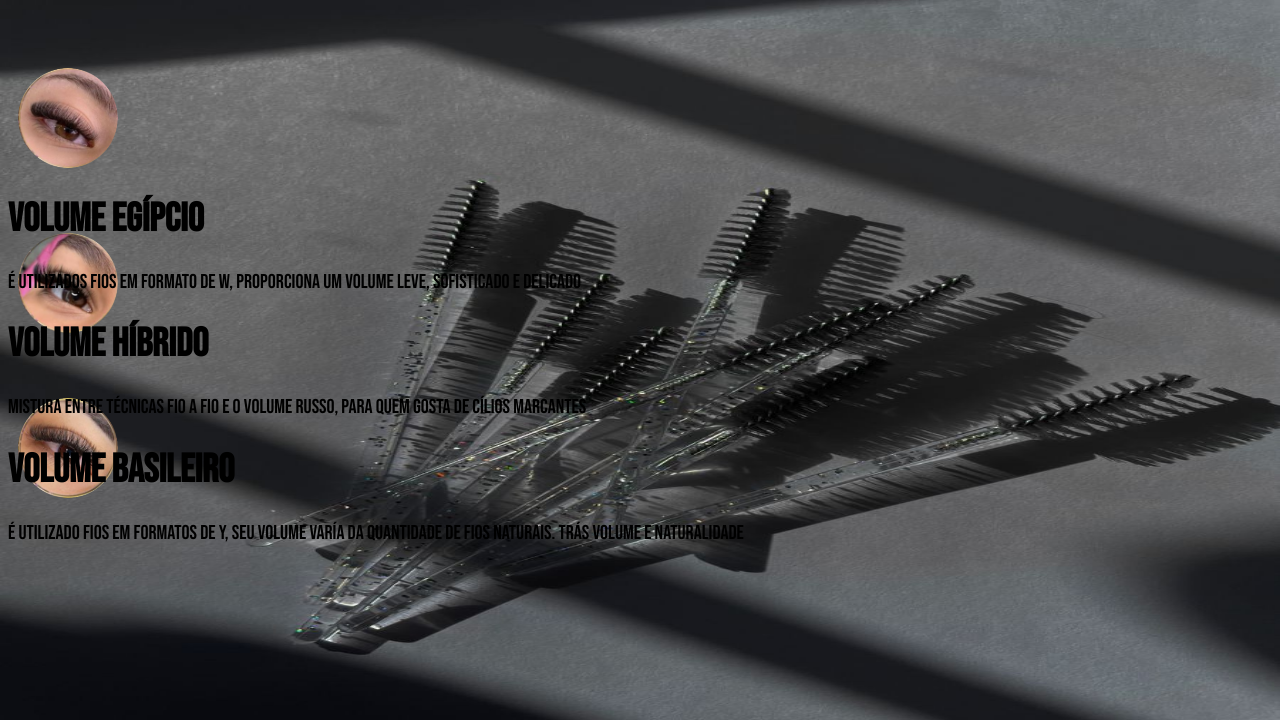
Repository: ketlyn-lash-designer/Ketlyn_Lash_Designer
Page: src/Pages/Modelos.html
An editor plug-in stored every save of this project. The page is shown before and after a run of saves, followed by the edit.
The browser window is 1280 px wide. The pictures show the whole page.

Above is the page before, as saved 2024-03-29 21:49:20.

### src/Pages/Modelos.html
<!DOCTYPE html>
<html lang="en">
  <head>
    <meta charset="UTF-8" />
    <meta name="viewport" content="width=device-width, initial-scale=1.0" />
    <link rel="stylesheet" href="../Styles/Modelos.css" />
    <link rel="preconnect" href="https://fonts.googleapis.com" />
    <link rel="preconnect" href="https://fonts.gstatic.com" crossorigin />
    <link
      href="https://fonts.googleapis.com/css2?family=Bebas+Neue&display=swap"
      rel="stylesheet"
    />
    <title>Document</title>
  </head>
  <body>
    <div class="modelos">
      <img src="../Images/volume-egípcio.png" alt="" />
      <img src="../Images/volume-hibrido.png" alt="" />
      <img src="../Images/volume-brasileiro.png" alt="" />
    </div>
    <div id="descricao">
      <h1>Volume Egípcio</h1>
      <p>
        É utilizados fios em formato de w, proporciona um volume leve,
        sofisticado e delicado
      </p>
      <h1>Volume Híbrido</h1>
      <p>
        Mistura entre técnicas fio a fio e o volume russo, para quem gosta de
        cílios marcantes
      </p>
      <h1>Volume Basileiro</h1>
      <p>
        É utilizado fios em formatos de y, seu volume varía da quantidade de
        fios naturais. Trás volume e naturalidade
      </p>
    </div>
  </body>
</html>

### src/Styles/Modelos.css
:root {
  --cor-cinza: #4b4949;
  --cor-rosa: #ff1493;
  --font-family: "Bebas Neue", sans-serif;
}

body {
  background-image: url("../Images/escovinhaspretas.jpg");
  background-size: 100% 100%;
  font-family: var(--font-family);
  background-position: center;
  background-attachment: fixed;
  background-repeat: no-repeat;
  overflow: hidden;
}

.modelos,
img {
  width: 100px;
  height: 100px;
	padding: 30px 5px;
  border-radius: 50%;
}

#descricao {
	h1 {
		font-size: 40px;
	}
	p {
		font-size: 20px;
		font-weight: 550;
	}
}

After the next 3 saves:
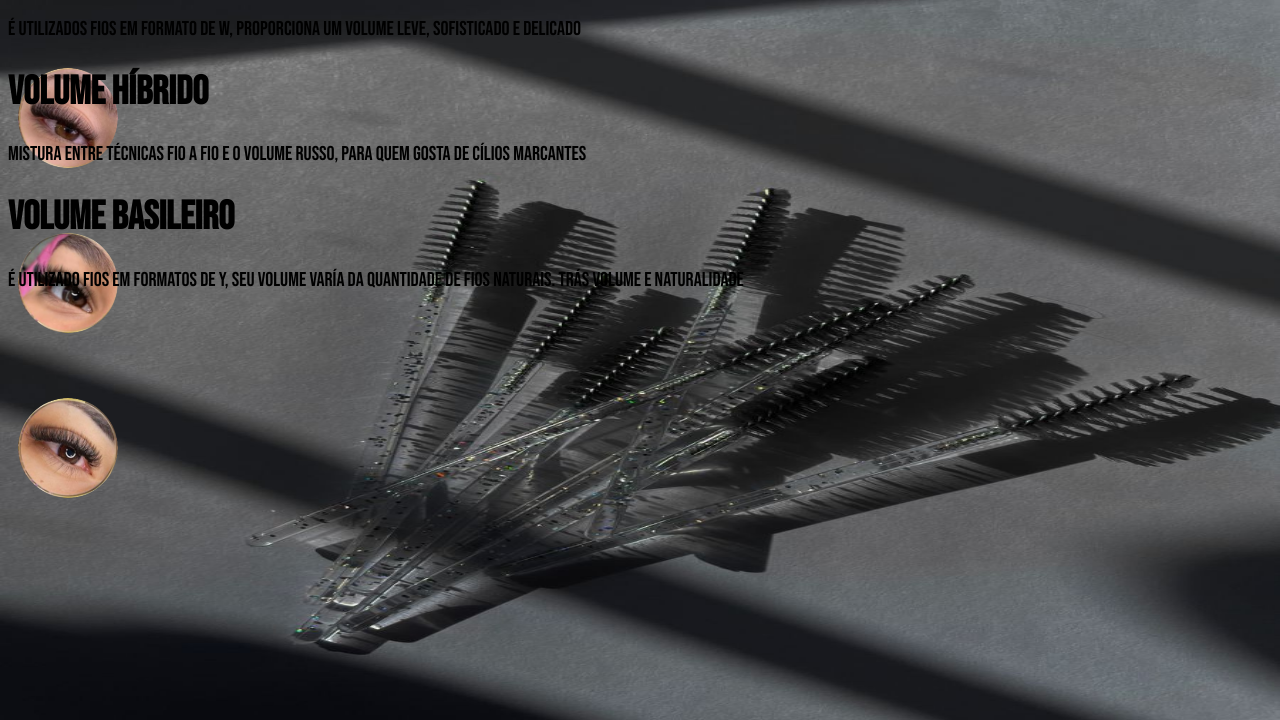
The 3 saves are shown as one change because they came seconds apart.
The last was saved 18 s later.
--- a/src/Styles/Modelos.css
+++ b/src/Styles/Modelos.css
@@ -23,6 +23,7 @@
 }
 
 #descricao {
+	margin-top: -20%;
 	h1 {
 		font-size: 40px;
 	}
